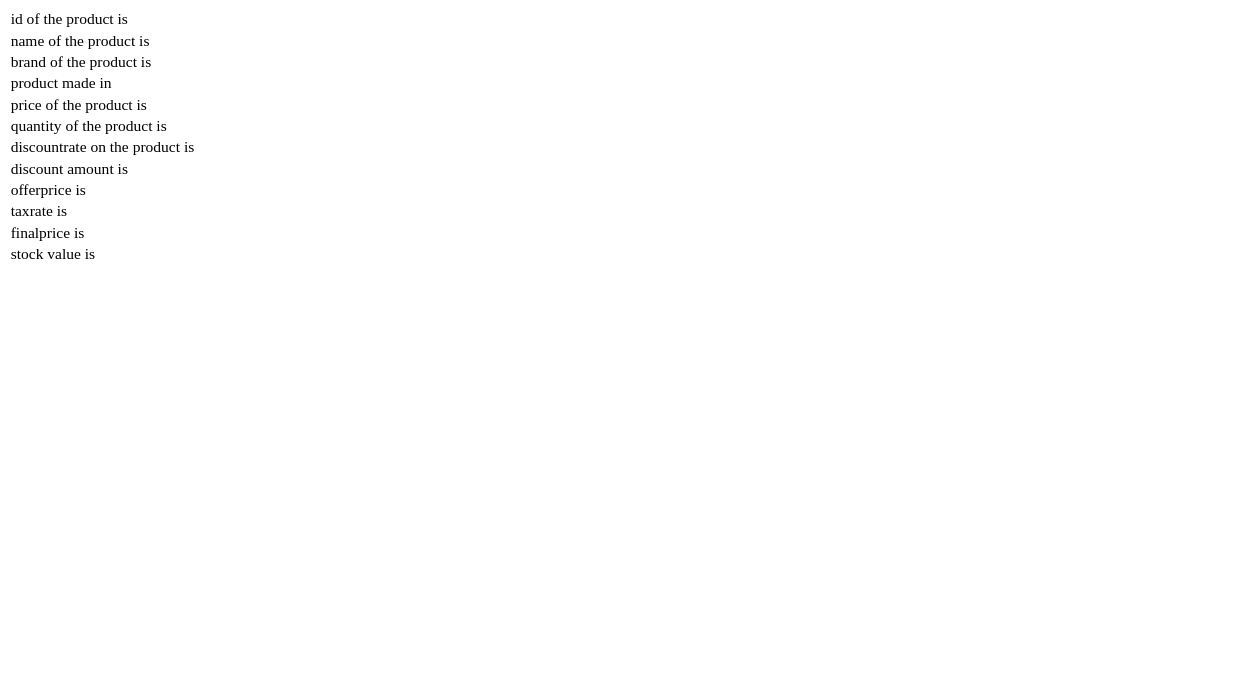
Repository: saikrishna123143/springboot
Page: http://localhost/success
The author's editor kept a copy of each file at every save. The page is drawn from the files as they stood at one save, then again after the next save.
The browser window is 1280 px wide. The pictures show the whole page, at 97% of full size.
The page is this project's Thymeleaf template; nobody is signed in. The template is opened directly, without the code that normally fills it, so the values that code supplies are empty.

Above is the page before, as saved 2024-12-18 16:53:43.

### springbootmvc/src/main/resources/templates/success.html
<html xmlns:th="http://www.thymeleaf.org">
	<head>
		<title>
			resposnse message
		</title>
	</head>
	<body>
		<table>
		<tr>
		<td>
	<p>id of the product is </p>
	</td>
	<td>
	<p th:text="${users.id}"></p>
	</td>
	</tr>
	<tr>
	<td>
	<p>name of the product is </p>
	</td>
	<td>
	<p th:text="${users.name}"></p>
	</td>
	</tr>
	<tr>
	<td>
	<p>brand of the product is </p>
	</td>
	<td>
	<p th:text="${users.brand}"></p>
	</td>
	</tr>
	<tr>
	<td>
	<p>product made in</p>
	</td>
	<td>
	<p th:text="${users.madein}"></p>
	</td>
	</tr>
	<tr>
	<td>
	<p>price of the product is </p>
	</td>
	<td>
	<p th:text="${users.price}"></p>
	</td>
	</tr>
	<tr>
	<td>
	<p>quantity of the product is </p>
   </td>
   <td>
	<p th:text="${users.quantity}"></p>
	</td>
	</tr>
	<tr>
	<td>
	<p>discountrate on the product is </p>
	</td>
	<td>
	<p th:text="${users.discountrate}"></p>
	</td>
	</tr>
	<tr>
	<td>
	<p>discount amount is</p>
	</td>
	<td>
	<p th:text="${users.discountamount}"></p>
	</td>
	</tr>
	<tr>
	<td>
	<p>offerprice is </p>
	</td>
	<td>
	<p th:text="${users.offerprice}"></p>
	</td>
	</tr>
	<tr>
	<td>
	<p>taxrate is </p>
	</td>
	<td>
	<p th:text="${users.taxrate}"></p>
	</td>
	</tr>
	<tr>
	<td>
	<p>finalprice is </p>
	</td>
	<td>
	<p th:text="${users.finalprice}"></p>
	</td>
	</tr>
	<tr>
	<td>
	<p>stock value is </p>
	</td>
	<td>
	<p th:text="${users.stockvalue}"></p>
	</td>
	</tr>
		</table>
	</body>
</html>

After the next save:
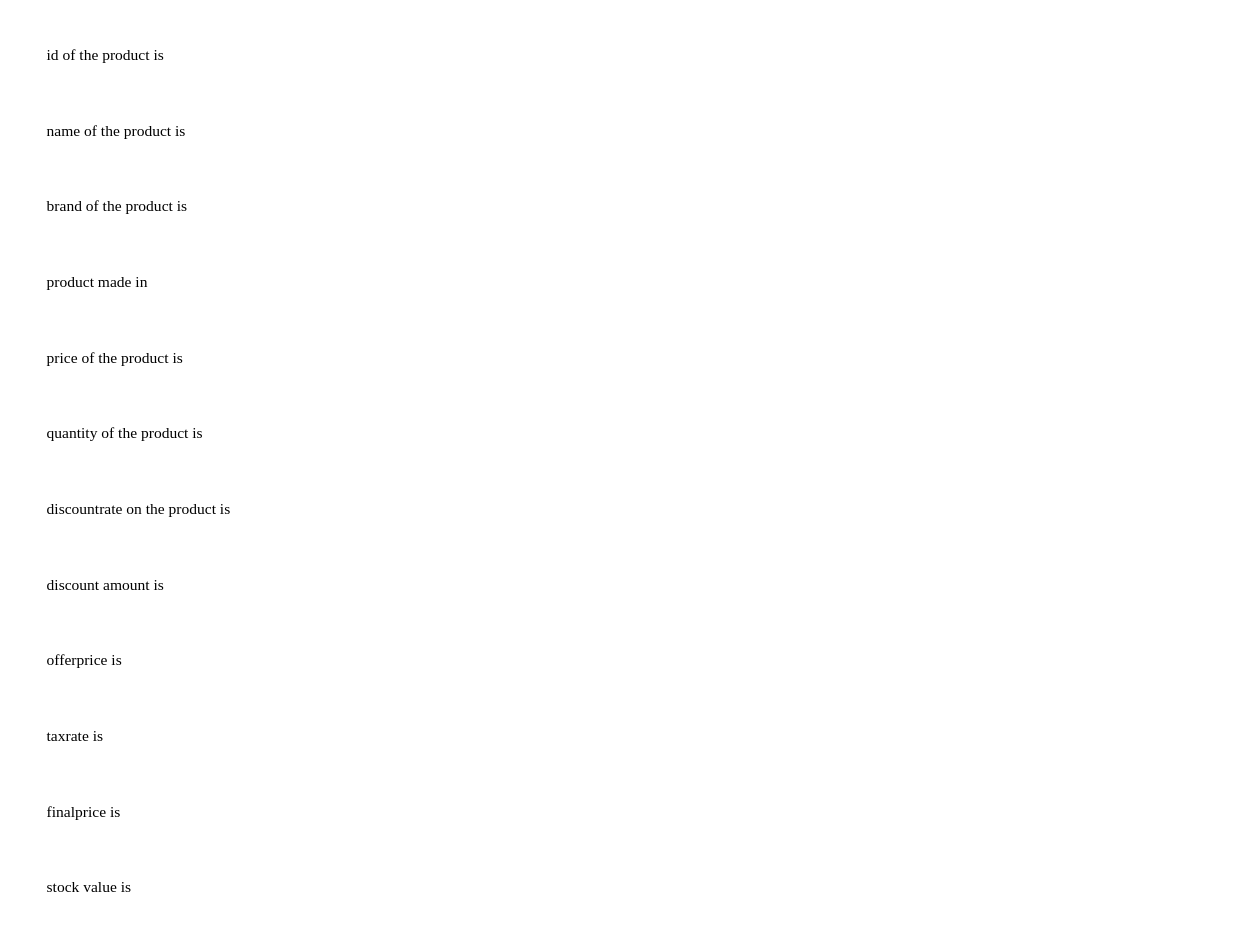
Saved 71 s later.
--- a/springbootmvc/src/main/resources/templates/success.html
+++ b/springbootmvc/src/main/resources/templates/success.html
@@ -5,7 +5,7 @@
 		</title>
 	</head>
 	<body>
-		<table>
+		<table cellspacing="20px"cellpadding="20px"margin="2px">
 		<tr>
 		<td>
 	<p>id of the product is </p>
